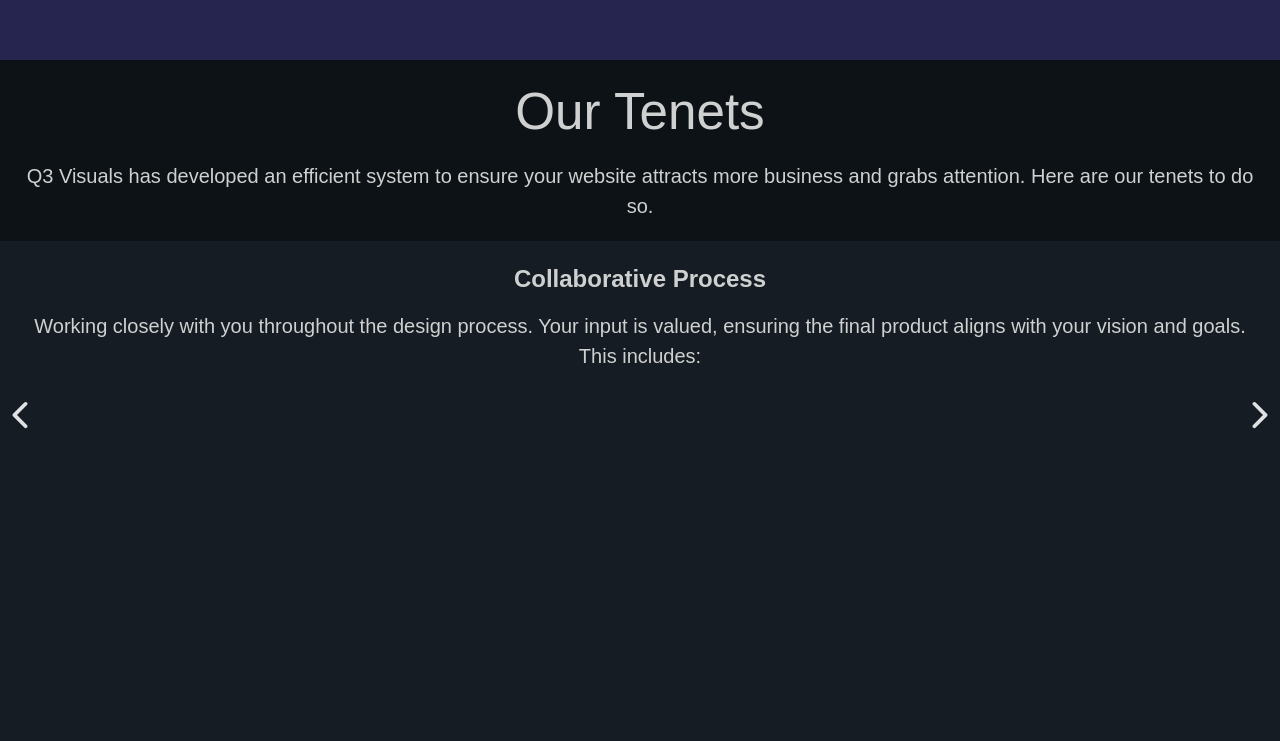
Repository: TMuse333/quantumDesigns
Page: /process
An editor plug-in stored every save of this project. The page is shown before and after a run of saves, followed by the edit.
The browser window is 1280 px wide. The pictures show the whole page.
The project was rebuilt for these pictures with package versions that can differ from the ones it lists, and the page was loaded fresh each time. Also part of the build but not shown: vite.config.js, src/styles/herobanner.css, src/components/Herobanner.jsx, src/components/intro.jsx, src/styles/tenets.css, src/components/tenets.jsx, src/styles/work.css, src/components/work.jsx and 6 more.

Above is the page before, as saved 2023-12-17 12:00:44.

After the next 4 saves:
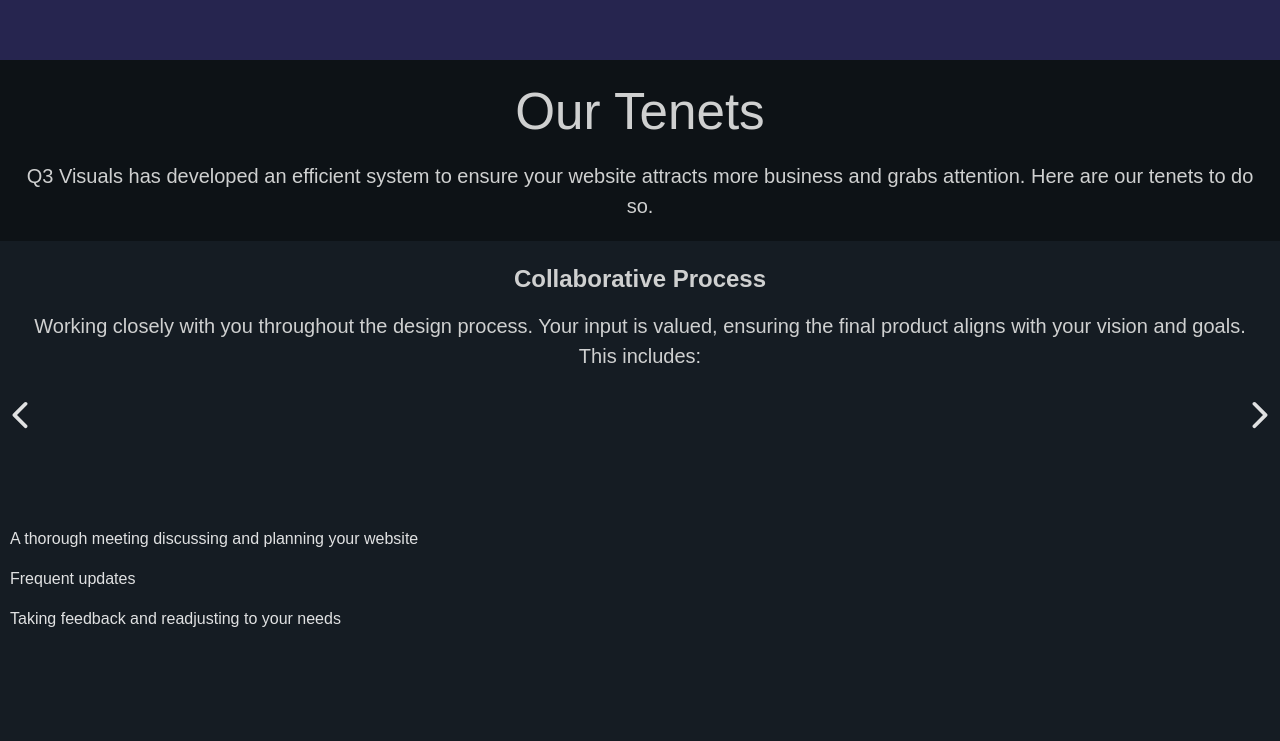
The 4 saves are shown as one change because they came seconds apart.
The last was saved 11 s later.
--- a/src/components/process.jsx
+++ b/src/components/process.jsx
@@ -66,7 +66,7 @@ const Process = () => {
 
                     <motion.li key={index}
                     initial={{opacity:0,x:-30}}
-
+                    animate={{opacity:1}}
                     >{point}</motion.li>
                     </AnimatePresence>
                 ))}
